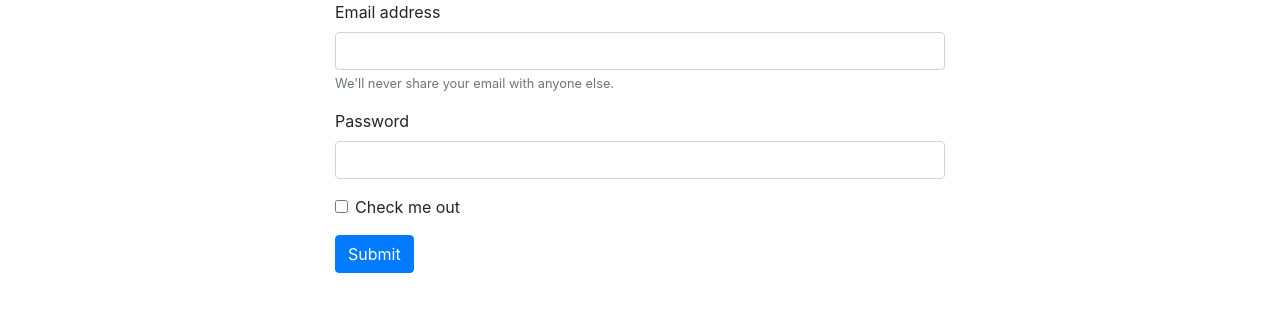
Repository: Pedaxx-IT-solution/E-Waiter-Stuff-
Page: http://localhost/E-Waiter/pages/signup.jsp
An editor plug-in stored every save of this project. The page is shown before and after the next save, followed by the edit.
The browser window is 1280 px wide. The pictures show the whole page.
The page is served by Tomcat 9. Other server files are loaded and not shown.

Above is the page before, as saved 2020-01-23 08:28:33.

### E-Waiter/src/main/webapp/pages/signup.jsp
<%@ page language="java" contentType="text/html; charset=ISO-8859-1"
	pageEncoding="ISO-8859-1"%>
<!DOCTYPE html>
<html>
<head>
<meta charset="ISO-8859-1">
<title>Insert title here</title>
<link rel="stylesheet"
	href="https://stackpath.bootstrapcdn.com/bootstrap/4.4.1/css/bootstrap.min.css"
	integrity="sha384-Vkoo8x4CGsO3+Hhxv8T/Q5PaXtkKtu6ug5TOeNV6gBiFeWPGFN9MuhOf23Q9Ifjh"
	crossorigin="anonymous">



</head>


<body>
	<div class="container-fluid">
		<div class="row">
			<div class="col-3"></div>
			<div class="col-6">

				<form>
					<div class="form-group">
						<label for="exampleInputEmail1">Email address</label> <input
							type="email" class="form-control" id="exampleInputEmail1"
							aria-describedby="emailHelp"> <small id="emailHelp"
							class="form-text text-muted">We'll never share your email
							with anyone else.</small>
					</div>
					<div class="form-group">
						<label for="exampleInputPassword1">Password</label> <input
							type="password" class="form-control" id="exampleInputPassword1">
					</div>
					<div class="form-group form-check">
						<input type="checkbox" class="form-check-input" id="exampleCheck1">
						<label class="form-check-label" for="exampleCheck1">Check
							me out</label>
					</div>
					<button type="submit" class="btn btn-primary">Submit</button>
				</form>













			</div>
			<div class="col-3"></div>
		</div>



	</div>


</body>
</html>

After the next save:
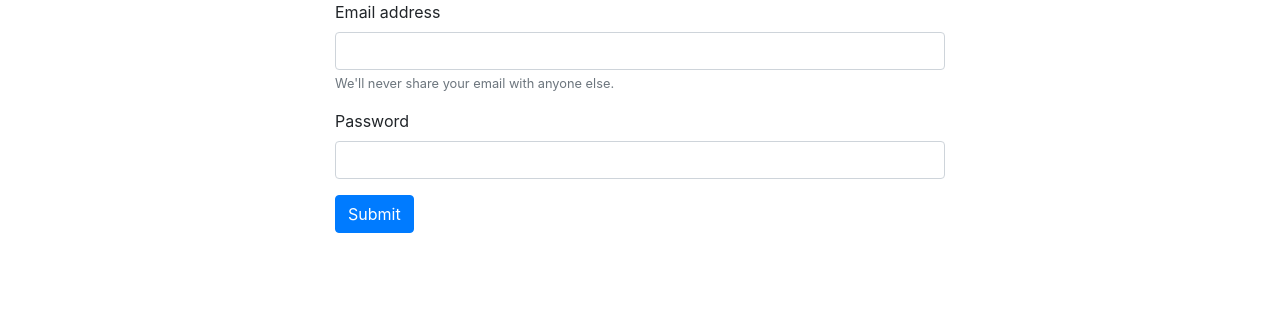
Saved 3 min 51 s later.
--- a/E-Waiter/src/main/webapp/pages/signup.jsp
+++ b/E-Waiter/src/main/webapp/pages/signup.jsp
@@ -33,11 +33,7 @@
 						<label for="exampleInputPassword1">Password</label> <input
 							type="password" class="form-control" id="exampleInputPassword1">
 					</div>
-					<div class="form-group form-check">
-						<input type="checkbox" class="form-check-input" id="exampleCheck1">
-						<label class="form-check-label" for="exampleCheck1">Check
-							me out</label>
-					</div>
+
 					<button type="submit" class="btn btn-primary">Submit</button>
 				</form>
 
